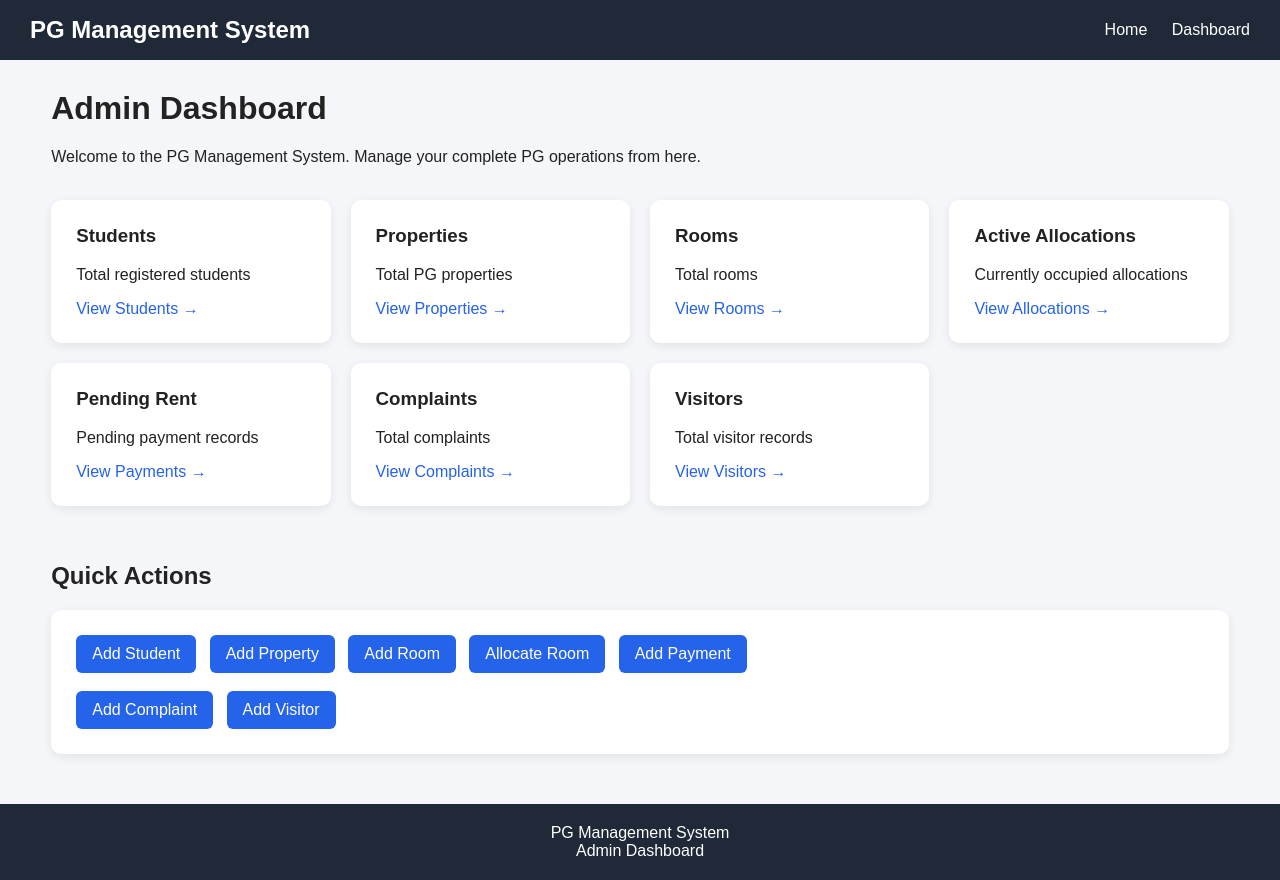
Repository: akshaylakhekar/student_pg_room_management_system
Page: http://localhost/PGManagementSystem/WEB-INF/views/dashboard.jsp
These files come from the project's save history. The page is drawn as it stood at one moment and after the next save; the edit follows.
The browser window is 1280 px wide. The pictures show the whole page.
The page is served by Tomcat 10. Nobody is signed in. Other server files are loaded and not shown. The template is opened directly, without the code that normally fills it, so the values that code supplies are empty.

Above is the page before, as saved 2026-09-17 10:42:48.

### PGManagementSystem/PGManagementSystem/src/main/webapp/WEB-INF/views/dashboard.jsp
<%@ page contentType="text/html;charset=UTF-8" %>

<!DOCTYPE html>
<html>

<head>

    <meta charset="UTF-8">

    <title>Dashboard - PG Management System</title>

    <link rel="stylesheet"
          href="${pageContext.request.contextPath}/css/style.css">

</head>

<body>

    <div class="navbar">

        <h2>PG Management System</h2>

        <div>

            <a href="${pageContext.request.contextPath}/">
                Home
            </a>

            <a href="${pageContext.request.contextPath}/dashboard">
                Dashboard
            </a>

        </div>

    </div>

    <div class="container">

        <h1>Admin Dashboard</h1>

        <p>
            Welcome to the PG Management System.
            Manage your complete PG operations from here.
        </p>

        <br>

        <div class="card-container">

            <div class="card">

                <h3>Students</h3>

                <div class="number">
                    ${studentCount}
                </div>

                <p>Total registered students</p>

                <a href="${pageContext.request.contextPath}/student/list">
                    View Students →
                </a>

            </div>

            <div class="card">

                <h3>Properties</h3>

                <div class="number">
                    ${propertyCount}
                </div>

                <p>Total PG properties</p>

                <a href="${pageContext.request.contextPath}/property/list">
                    View Properties →
                </a>

            </div>

            <div class="card">

                <h3>Rooms</h3>

                <div class="number">
                    ${roomCount}
                </div>

                <p>Total rooms</p>

                <a href="${pageContext.request.contextPath}/room/list">
                    View Rooms →
                </a>

            </div>

            <div class="card">

                <h3>Active Allocations</h3>

                <div class="number">
                    ${activeAllocationCount}
                </div>

                <p>Currently occupied allocations</p>

                <a href="${pageContext.request.contextPath}/allocation/list">
                    View Allocations →
                </a>

            </div>

            <div class="card">

                <h3>Pending Rent</h3>

                <div class="number">
                    ${pendingRentCount}
                </div>

                <p>Pending payment records</p>

                <a href="${pageContext.request.contextPath}/payment/list">
                    View Payments →
                </a>

            </div>

            <div class="card">

                <h3>Complaints</h3>

                <div class="number">
                    ${complaintCount}
                </div>

                <p>Total complaints</p>

                <a href="${pageContext.request.contextPath}/complaint/list">
                    View Complaints →
                </a>

            </div>

            <div class="card">

                <h3>Visitors</h3>

                <div class="number">
                    ${visitorCount}
                </div>

                <p>Total visitor records</p>

                <a href="${pageContext.request.contextPath}/visitor/list">
                    View Visitors →
                </a>

            </div>

        </div>

        <br><br>

        <h2>Quick Actions</h2>

        <div class="card">

            <a class="button"
               href="${pageContext.request.contextPath}/student/add">
                Add Student
            </a>

            &nbsp;

            <a class="button"
               href="${pageContext.request.contextPath}/property/add">
                Add Property
            </a>

            &nbsp;

            <a class="button"
               href="${pageContext.request.contextPath}/room/add">
                Add Room
            </a>

            &nbsp;

            <a class="button"
               href="${pageContext.request.contextPath}/allocation/add">
                Allocate Room
            </a>

            &nbsp;

            <a class="button"
               href="${pageContext.request.contextPath}/payment/add">
                Add Payment
            </a>

            <br><br>

            <a class="button"
               href="${pageContext.request.contextPath}/complaint/add">
                Add Complaint
            </a>

            &nbsp;

            <a class="button"
               href="${pageContext.request.contextPath}/visitor/add">
                Add Visitor
            </a>

        </div>

    </div>

    <div class="footer">

        PG Management System
        <br>
        Admin Dashboard

    </div>

</body>

</html>

### PGManagementSystem/PGManagementSystem/src/main/webapp/css/style.css
* {
    box-sizing: border-box;
}

body {
    margin: 0;
    font-family: Arial, Helvetica, sans-serif;
    background: #f4f6f9;
    color: #222;
}

a {
    color: #2563eb;
    text-decoration: none;
}

a:hover {
    text-decoration: underline;
}

.navbar {
    background: #1f2937;
    color: white;
    padding: 16px 30px;
    display: flex;
    justify-content: space-between;
    align-items: center;
}

.navbar h2 {
    margin: 0;
}

.navbar a {
    color: white;
    margin-left: 20px;
}

.container {
    width: 92%;
    max-width: 1200px;
    margin: 30px auto;
}

.card-container {
    display: grid;
    grid-template-columns: repeat(auto-fit, minmax(220px, 1fr));
    gap: 20px;
}

.card {
    background: white;
    padding: 25px;
    border-radius: 10px;
    box-shadow: 0 3px 10px rgba(0, 0, 0, 0.08);
}

.card h3 {
    margin-top: 0;
}

.card .number {
    font-size: 32px;
    font-weight: bold;
    margin: 10px 0;
}

.button {
    display: inline-block;
    padding: 10px 16px;
    border-radius: 6px;
    background: #2563eb;
    color: white;
    border: none;
    cursor: pointer;
}

.button:hover {
    background: #1d4ed8;
    text-decoration: none;
}

.button-danger {
    background: #dc2626;
}

.button-danger:hover {
    background: #b91c1c;
}

.button-success {
    background: #16a34a;
}

.button-success:hover {
    background: #15803d;
}

.form-card {
    background: white;
    padding: 30px;
    border-radius: 10px;
    max-width: 700px;
    box-shadow: 0 3px 10px rgba(0, 0, 0, 0.08);
}

.form-group {
    margin-bottom: 18px;
}

.form-group label {
    display: block;
    margin-bottom: 7px;
    font-weight: bold;
}

.form-group input,
.form-group select,
.form-group textarea {
    width: 100%;
    padding: 10px;
    border: 1px solid #ccc;
    border-radius: 6px;
    font-size: 14px;
}

.form-group textarea {
    min-height: 100px;
    resize: vertical;
}

.table-container {
    background: white;
    padding: 20px;
    border-radius: 10px;
    overflow-x: auto;
    box-shadow: 0 3px 10px rgba(0, 0, 0, 0.08);
}

table {
    width: 100%;
    border-collapse: collapse;
}

th {
    background: #1f2937;
    color: white;
    padding: 12px;
    text-align: left;
}

td {
    padding: 11px;
    border-bottom: 1px solid #ddd;
}

tr:hover {
    background: #f8fafc;
}

.alert {
    padding: 12px 16px;
    background: #fee2e2;
    color: #991b1b;
    border-radius: 6px;
    margin-bottom: 20px;
}

.success {
    padding: 12px 16px;
    background: #dcfce7;
    color: #166534;
    border-radius: 6px;
    margin-bottom: 20px;
}

.search-box {
    background: white;
    padding: 20px;
    border-radius: 10px;
    margin-bottom: 20px;
}

.search-box input {
    padding: 10px;
    width: 300px;
    max-width: 100%;
    border: 1px solid #ccc;
    border-radius: 6px;
}

.footer {
    margin-top: 50px;
    padding: 20px;
    text-align: center;
    background: #1f2937;
    color: white;
}

.action-links a {
    margin-right: 10px;
}

@media (max-width: 768px) {

    .navbar {
        flex-direction: column;
        gap: 12px;
    }

    .navbar a {
        margin: 5px;
    }

    .container {
        width: 95%;
    }

    .search-box input {
        width: 100%;
        margin-bottom: 10px;
    }

    table {
        min-width: 800px;
    }
}

After the next save:
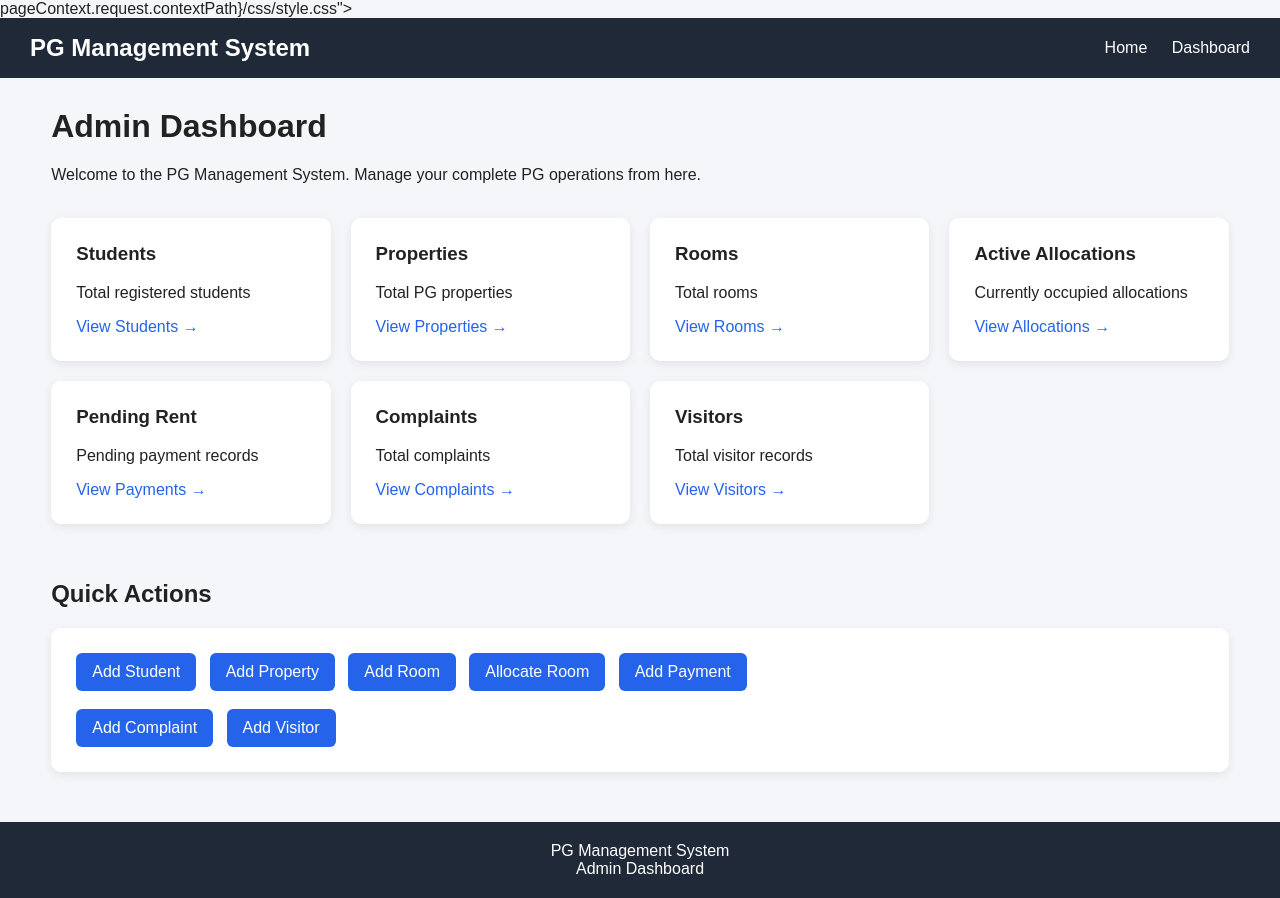
Saved 76 s later.
--- a/PGManagementSystem/PGManagementSystem/src/main/webapp/WEB-INF/views/dashboard.jsp
+++ b/PGManagementSystem/PGManagementSystem/src/main/webapp/WEB-INF/views/dashboard.jsp
@@ -10,7 +10,7 @@
     <title>Dashboard - PG Management System</title>
 
     <link rel="stylesheet"
-          href="${pageContext.request.contextPath}/css/style.css">
+      href="${pageContext.request.contextPath}/css/style.css">pageContext.request.contextPath}/css/style.css">
 
 </head>
 
